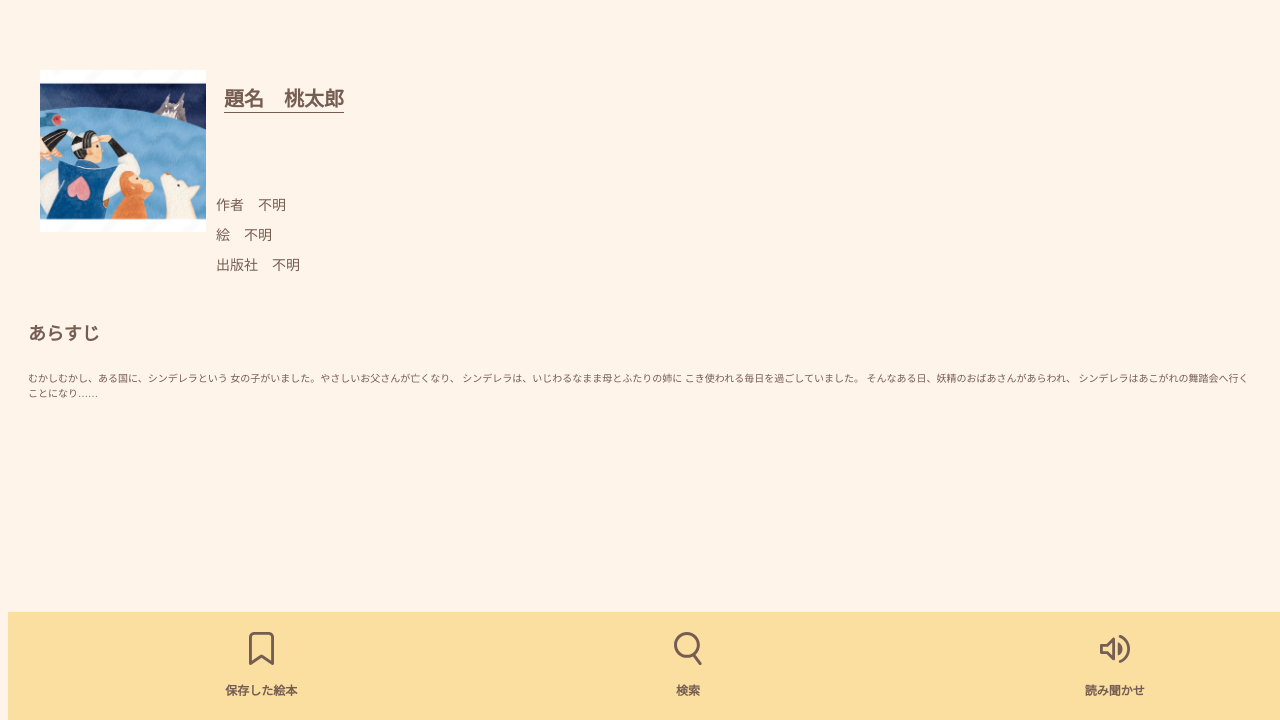
Repository: kmii12/2024-teampj
Page: /result/resultDetail/1
These files come from the project's save history. The page is drawn as it stood at one moment and after the next save; the edit follows.
The browser window is 1280 px wide. The pictures show the whole page.
The project was rebuilt for these pictures with package versions that can differ from the ones it lists, and the page was loaded fresh each time. The framework's server and built-in components were replaced by stand-ins that run in the browser. Also part of the build but not shown: next.config.mjs.

Above is the page before, as saved 2024-10-29 23:47:38.

### src/app/result/resultDetail/[id]/page.tsx
"use client";

import { useParams } from "next/navigation";
import { useEffect, useState } from "react";
import detailStyles from "./ResultDetail.module.scss";
import styles from "../../Result.module.scss";

interface ResultData {
  id: number;
  title: string;
  writer: string;
  illustrator: string;
  image: string;
  livingThing: string[];
  mainCharacter: string;
  character: string[];
  genre: string;
  location: string;
  hue: string;
  atmosphere: string[];
  season: string;
}

const ResultDetail: React.FC = () => {
  const { id } = useParams(); // URLから動的なIDを取得

  const [resultDetails, setResultDetails] = useState<ResultData | null>(null); // 本のデータを保存するstate

  // ダミーデータ（あとからfirebaseから取得）
  const ResultDatas: ResultData[] = [
    {
      id: 1,
      title: "桃太郎",
      writer: "不明",
      illustrator: "不明",
      image: "/img/momotaro.jpeg",
      livingThing: ["人間", "陸の生き物", "空の生き物"],
      mainCharacter: "桃太郎",
      character: [
        "桃太郎",
        "犬",
        "猿",
        "キジ",
        "鬼",
        "おじいさん",
        "おばあさん",
      ],
      genre: "昔話",
      location: "日本",
      hue: "不明",
      atmosphere: "",
      season: "不明",
    },
    {
      id: 2,
      title: "赤ずきん",
      writer: "不明",
      illustrator: "不明",
      image: "/img/littleRedRidingHood.jpeg",
      livingThing: ["人間", "陸の生き物", "空の生き物"],
      mainCharacter: "赤ずきん",
      character: ["赤ずきん", "おばあさん", "オオカミ"],
      hue: "不明",
      atmosphere: ["かわいい", "怖い"],
      genre: "昔話",
      location: "海外",
      season: "不明",
    },
    {
      id: 3,
      title: "シンデレラ",
      writer: "不明",
      illustrator: "不明",
      image: "/img/cinderella.jpeg",
      livingThing: "人間",
      mainCharacter: "シンデレラ",
      character: ["シンデレラ", "王子", "魔法使い"],
      genre: "昔話",
      location: "海外",
      hue: "不明",
      atmosphere: "",
      season: "不明",
    },
    {
      id: 4,
      title: "白雪姫",
      writer: "不明",
      illustrator: "不明",
      image: "/img/snowWhite.jpeg",
      livingThing: ["人間", "陸の生き物"],
      mainCharacter: "白雪姫",
      character: ["白雪姫", "王子", "魔女", "小人"],
      genre: "昔話",
      location: "海外",
      hue: "不明",
      atmosphere: "",
      season: "不明",
    },
    {
      id: 5,
      title: "アラジンと魔法のランプ",
      writer: "不明",
      illustrator: "不明",
      image: "/img/aladdin.jpeg",
      livingThing: ["人間", "陸の生き物"],
      mainCharacter: "アラジン",
      character: ["アラジン", "ジーニー", "王女", "魔法使い", "盗賊"],
      genre: "昔話",
      location: "海外",
      hue: "不明",
      atmosphere: "",
      season: "不明",
    },
  ];

  useEffect(() => {
    // idがまだundefinedの状態では処理しないようにする
    if (id) {
      const numericId = parseInt(id, 10); // idを数値に変換
      const foundDetail = ResultDatas.find((item) => item.id === numericId); // idでデータを検索
      setResultDetails(foundDetail || null); // 見つからなかった場合はnullを設定
    }
  }, [id]);

  if (!resultDetails) {
    return <p>Loading...</p>;
  }

  return (
    <>
      <div className={styles.resultContainer}>
        <div className={detailStyles.detailTtlWrap}>
          <div className={detailStyles.itemImageWrap}>
            <img
              src={resultDetails.image}
              alt={resultDetails.title}
              className={detailStyles.image}
            />
          </div>
          <div className={detailStyles.itemDescriptionWrap}>
            <h1 className="title">題名　{resultDetails.title}</h1>
            <div className={detailStyles.fixedBottom}>
              <p className="writer">作者　{resultDetails.writer}</p>
              <p className="illustrator">絵　{resultDetails.illustrator}</p>
              <p className="">出版社　{resultDetails.illustrator}</p>
            </div>
          </div>
        </div>

        <div className={detailStyles.descriptionContainer}>
          <h2 className={detailStyles.summary}>あらすじ</h2>
          <p className="summaryTxt">
            むかしむかし、ある国に、シンデレラという
            女の子がいました。やさしいお父さんが亡くなり、
            シンデレラは、いじわるなまま母とふたりの姉に
            こき使われる毎日を過ごしていました。
            そんなある日、妖精のおばあさんがあらわれ、
            シンデレラはあこがれの舞踏会へ行くことになり……
          </p>
        </div>
      </div>
    </>
  );
};

export default ResultDetail;

### src/app/globals.css
html {
  font-size: 62.5%;
}

body {
  font-family: "Zen Maru Gothic", serif;
  background-color: #fff4ea;
}

a {
  color: inherit;
  text-decoration: none;
}

li {
  list-style-type: none;
}

### src/app/components/Footer.tsx
"use client";

import Link from "next/link";
import styles from "./Footer.module.scss";
import { usePathname } from "next/navigation";

export default function Footer() {
  const pathname = usePathname();

  return (
    <footer className={styles.footer}>
      <nav>
        <ul>
          <li>
            <Link
              href="/saved"
              className={pathname === "/saved" ? styles.active : ""}
            >
              <svg
                xmlns="http://www.w3.org/2000/svg"
                width="40"
                height="40"
                viewBox="0 0 40 40"
                fill="none"
              >
                <path
                  d="M31.5577 36C31.2643 35.9944 30.9782 35.9096 30.7308 35.7549L20.5 28.7589L10.2692 35.7549C10.0433 35.8898 9.78379 35.9611 9.51923 35.9611C9.25467 35.9611 8.99521 35.8898 8.76923 35.7549C8.54791 35.643 8.3604 35.4762 8.22542 35.271C8.09043 35.0658 8.01271 34.8295 8 34.5857V8.18571C8 6.81038 8.55718 5.49137 9.54895 4.51886C10.5407 3.54635 11.8859 3 13.2885 3H27.7115C29.1141 3 30.4593 3.54635 31.451 4.51886C32.4428 5.49137 33 6.81038 33 8.18571V34.5857C33.001 34.8425 32.9297 35.0945 32.7939 35.3141C32.6582 35.5337 32.4633 35.7123 32.2308 35.8303C32.0245 35.9413 31.793 35.9996 31.5577 36ZM20.5 25.6286C20.7947 25.6255 21.0833 25.7111 21.3269 25.8737L30.1154 31.8703V8.18571C30.1154 7.56056 29.8621 6.96101 29.4113 6.51896C28.9605 6.07691 28.3491 5.82857 27.7115 5.82857H13.2885C12.6509 5.82857 12.0395 6.07691 11.5887 6.51896C11.1379 6.96101 10.8846 7.56056 10.8846 8.18571V31.8703L19.6731 25.8737C19.9167 25.7111 20.2053 25.6255 20.5 25.6286Z"
                  fill={pathname === "/saved" ? "#c96868" : "#755D52"}
                />
              </svg>
              <p
                style={{
                  color: pathname === "/saved" ? "#c96868" : "#755D52",
                }}
              >
                保存した絵本
              </p>
            </Link>
          </li>
          <li>
            <Link href="/" className={pathname === "/" ? styles.active : ""}>
              <svg
                xmlns="http://www.w3.org/2000/svg"
                width="40"
                height="40"
                viewBox="0 0 40 40"
                fill="none"
              >
                <path
                  fillRule="evenodd"
                  clipRule="evenodd"
                  d="M18.9346 25.8692C24.4214 25.8692 28.8692 21.4214 28.8692 15.9346C28.8692 10.4479 24.4214 6 18.9346 6C13.4479 6 9 10.4479 9 15.9346C9 21.4214 13.4479 25.8692 18.9346 25.8692ZM18.9346 28.8692C26.0782 28.8692 31.8692 23.0782 31.8692 15.9346C31.8692 8.79103 26.0782 3 18.9346 3C11.791 3 6 8.79103 6 15.9346C6 23.0782 11.791 28.8692 18.9346 28.8692Z"
                  fill={pathname === "/" ? "#c96868" : "#755D52"}
                />
                <path
                  fillRule="evenodd"
                  clipRule="evenodd"
                  d="M33.0447 35.7533C32.3807 36.2486 31.4408 36.1119 30.9455 35.4479L25.0052 27.4848C24.5099 26.8208 24.6466 25.881 25.3106 25.3856C25.9746 24.8903 26.9145 25.027 27.4098 25.691L33.3501 33.6541C33.8455 34.3181 33.7087 35.2579 33.0447 35.7533Z"
                  fill={pathname === "/" ? "#c96868" : "#755D52"}
                />
              </svg>
              <p
                style={{
                  color: pathname === "/" ? "#c96868" : "#755D52",
                }}
              >
                検索
              </p>
            </Link>
          </li>
          <li>
            <Link
              href="/read"
              className={pathname === "/read" ? styles.active : ""}
            >
              <svg
                xmlns="http://www.w3.org/2000/svg"
                width="40"
                height="40"
                viewBox="0 0 40 40"
                fill="none"
              >
                <path
                  d="M32.2221 19.8994C32.2221 17.3902 31.5324 15.124 30.1529 13.1006C28.7732 11.0776 26.9538 9.59382 24.6946 8.64937C24.3335 8.49187 24.0742 8.24423 23.9167 7.90646C23.7592 7.5684 23.7499 7.22812 23.8888 6.88562C24.0371 6.51507 24.2987 6.25576 24.6737 6.10771C25.0487 5.95965 25.4307 5.96424 25.8196 6.12146C28.5879 7.27896 30.8101 9.10076 32.4862 11.5869C34.1621 14.073 35 16.8438 35 19.8994C35 22.9549 34.1621 25.7258 32.4862 28.2119C30.8101 30.698 28.5879 32.5198 25.8196 33.6773C25.4307 33.8345 25.0487 33.8391 24.6737 33.691C24.2987 33.543 24.0371 33.2837 23.8888 32.9131C23.7499 32.5706 23.7592 32.2303 23.9167 31.8923C24.0742 31.5545 24.3335 31.3069 24.6946 31.1494C26.9538 30.2049 28.7732 28.7212 30.1529 26.6981C31.5324 24.6748 32.2221 22.4085 32.2221 19.8994ZM11.6667 24.941H6.38875C5.99069 24.941 5.65972 24.8091 5.39583 24.5452C5.13194 24.2813 5 23.9503 5 23.5523V16.3298C5 15.9317 5.13194 15.6008 5.39583 15.3369C5.65972 15.073 5.99069 14.941 6.38875 14.941H11.6667L17.6388 8.96896C18.074 8.53368 18.5764 8.4341 19.1458 8.67021C19.7153 8.90632 20 9.33451 20 9.95479V29.9273C20 30.5476 19.7153 30.9758 19.1458 31.2119C18.5764 31.448 18.074 31.3484 17.6388 30.9131L11.6667 24.941ZM27.5 19.941C27.5 21.293 27.1713 22.5315 26.5138 23.6565C25.8565 24.7815 24.9492 25.6587 23.7917 26.2881C23.5508 26.4178 23.3217 26.4109 23.1042 26.2673C22.8867 26.124 22.7779 25.9226 22.7779 25.6631V14.1631C22.7779 13.904 22.8867 13.7026 23.1042 13.559C23.3217 13.4156 23.5508 13.4087 23.7917 13.5381C24.9492 14.177 25.8565 15.0706 26.5138 16.219C27.1713 17.367 27.5 18.6077 27.5 19.941ZM17.2221 13.5244L12.8887 17.719H7.77792V22.1631H12.8887L17.2221 26.3856V13.5244Z"
                  fill={pathname === "/read" ? "#c96868" : "#755D52"}
                />
              </svg>
              <p
                style={{
                  color: pathname === "/read" ? "#c96868" : "#755D52",
                }}
              >
                読み聞かせ
              </p>
            </Link>
          </li>
        </ul>
      </nav>
    </footer>
  );
}

### src/app/result/resultDetail/[id]/ResultDetail.module.scss
@import "../../../styles/variables.scss";

.detailTtlWrap {
  padding: 26px 14px;
  margin: 18px;
  width: 360px;
  height: 188px;
  position: relative;
  //Flexで画像と説明を横並びにするためのWrap
  display: flex;
  gap: 18px;
  .itemImageWrap {
    width: 170px;
    height: 162px;
    display: flex;
    // align-items: center;
    // justify-content: center;

    .image {
      width: 100%;
      height: auto;

      object-fit: cover;
    }
  }

  .itemDescriptionWrap {
    width: 180px;
    h1 {
      border-bottom: 1.5px solid $text;
      width: fit-content;
    }
    .fixedBottom {
      position: absolute;
      bottom: 0px;
      left: 190px;
      p {
        font-size: 1.4rem;
        margin: 10px 0;
      }
    }
  }
}

.descriptionContainer {
  margin: 35px 20px;

  .summary {
    font-size: 1.8rem;
    margin-bottom: 25px;
  }
  .summaryTxt {
    font-size: 1.3rem;
  }
}

### src/app/result/Result.module.scss
@import "../styles/variables.scss";

.resultContainer {
  color: $text;
  margin: 44px 0 120px 0; //resultPage全ての上下の余白
  // border: 1px solid #000;

  .resultTitle {
    //検索結果
    position: relative;
    text-align: center;
    font-size: 1.4em;
    margin-bottom: 30px;
    &::before,
    &::after {
      content: "";
      position: absolute;
      top: 50%;
      width: 35%;
      height: 1.5px;
      background-color: #b9a6a6;
    }
    &::before {
      left: 0;
    }
    &::after {
      right: 0;
    }
  }
  h3 {
    //本の題名
    font-size: 2em;
    border-bottom: 1.5px solid $text;
    width: fit-content;
  }

  .resultItem {
    //li
    padding: 26px 14px;
    margin: 18px;
    width: 360px;
    height: 188px;
    background-color: #fff; //一旦
    border-radius: 15px;
    box-shadow: 0px 2px 2px rgba($color: #000000, $alpha: 0.25);
    position: relative;

    .resultItemWrap {
      //Flexで画像と説明を横並びにするためのWrap
      display: flex;
      gap: 18px;
    }
    .itemImageWrap {
      width: 135px;
      height: 135px;
      display: flex;
      // align-items: center;
      // justify-content: center;

      .image {
        width: 100%;
        height: auto;

        object-fit: cover;
      }
    }
    .itemDescriptionWrap {
      width: 180px;
      .fixedBottom {
        position: absolute;
        bottom: 25px;
        left: 170px;
      }
    }
  }
}

### src/app/components/Footer.module.scss
@import "../styles/variables.scss";

.footer {
  width: 100%;
  height: 14dvh;
  padding-top: 1dvh;
  background-color: $main;
  position: fixed;
  bottom: 0;
  nav {
    width: inherit;
    height: inherit;
    ul {
      width: inherit;
      height: auto;
      display: flex;
      justify-content: space-around;
      align-items: center;
      li {
        width: calc(100% / 3);
        a {
          display: flex;
          flex-direction: column;
          justify-content: center;
          align-items: center;
          p {
            font-weight: 700;
            font-size: 1.2rem;
          }
        }
      }
    }
  }
}

### src/app/styles/variables.scss
// sassでカラーを使用するとき用

// 使用するファイルで最初に下記を記述
// コンポーネント用 → @import "../styles/variables.scss";
// ページ用 → @import "./styles/variables.scss";

$base: #fff4ea;
$main: #fadfa1;
$sub: #c96868;
$accent: #7eacb5;
$text: #755d52;
$main_pale: #fbe8bb;

Loaded but not shown: src/app/layout.tsx (common file)

After the next save:
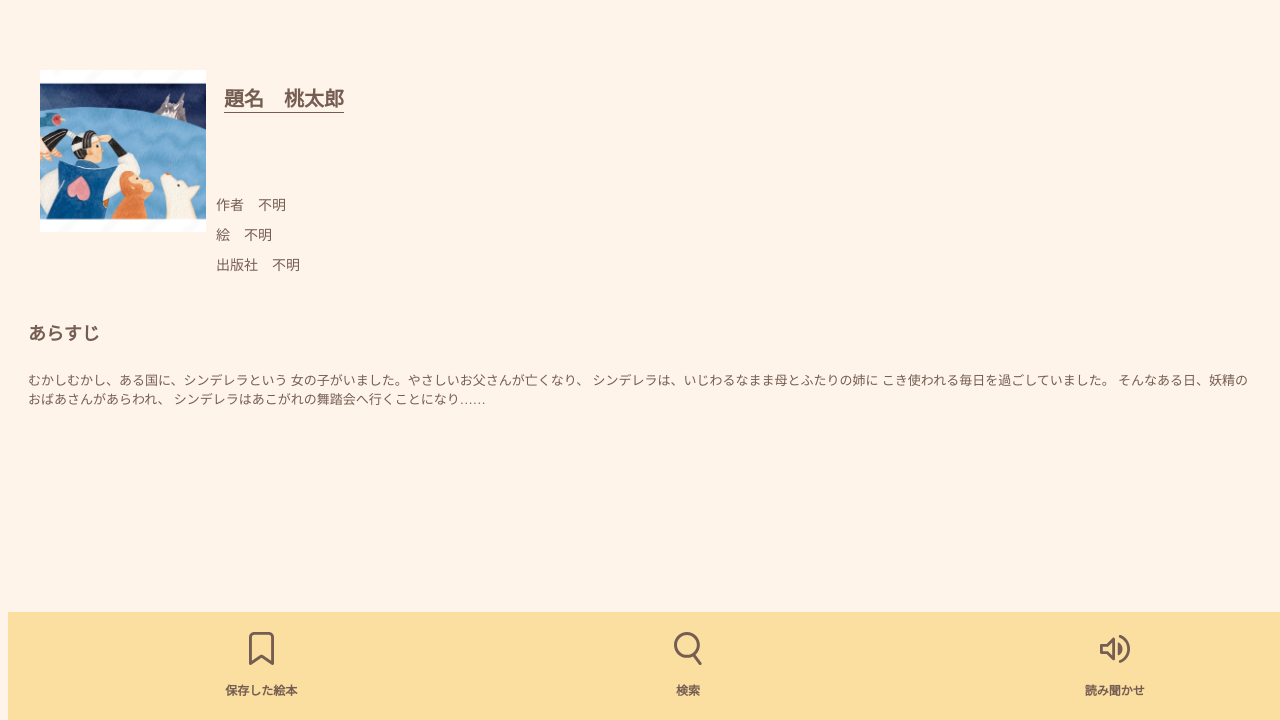
Saved 1 s later.
--- a/src/app/result/resultDetail/[id]/page.tsx
+++ b/src/app/result/resultDetail/[id]/page.tsx
@@ -149,7 +149,7 @@ const ResultDetail: React.FC = () => {
 
         <div className={detailStyles.descriptionContainer}>
           <h2 className={detailStyles.summary}>あらすじ</h2>
-          <p className="summaryTxt">
+          <p className={detailStyles.summaryTxt}>
             むかしむかし、ある国に、シンデレラという
             女の子がいました。やさしいお父さんが亡くなり、
             シンデレラは、いじわるなまま母とふたりの姉に
